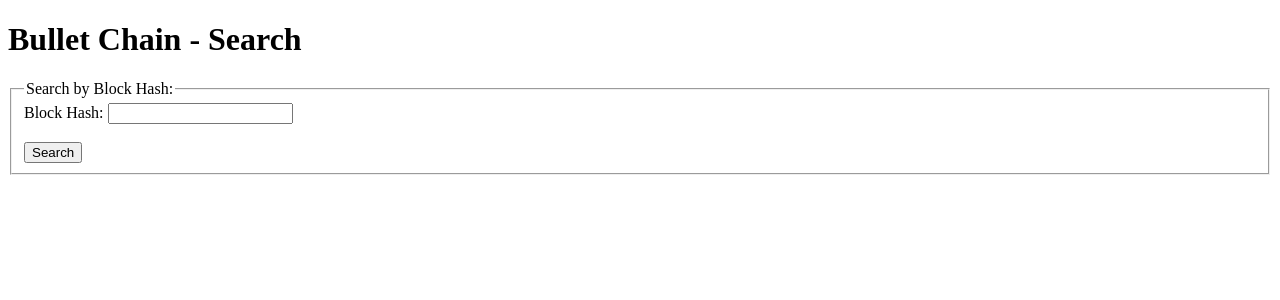
Repository: olaoluwasubxmi/BulletproofApp
Page: http://localhost/search
The author's editor kept a copy of each file at every save. The page is drawn from the files as they stood at one save, then again after the next save.
The browser window is 1280 px wide. The pictures show the whole page.
The page is served by the project's application, run on Flask 3 (bulletchain/app.py).

Above is the page before, as saved 2023-04-29 15:21:12.

### bulletchain/templates/search.html
<!DOCTYPE html>
<html>
  <head>
    <title>Bullet Chain - Search</title>
  </head>
  <body>
    <h1>Bullet Chain - Search</h1>
    <form action="{{ url_for('search') }}" method="POST">
      <fieldset>
        <legend>Search by Block Hash:</legend>
        <label for="block_hash">Block Hash:</label>
        <input type="text" id="block_hash" name="block_hash"><br><br>
        <input type="submit" value="Search">
      </fieldset>
    </form>
  </body>
</html>

### bulletchain/app.py
from flask import Flask, render_template, request
import hashlib
import binascii

app = Flask(__name__)

@app.route('/')
def index():
    return render_template('form.html')

@app.route('/search')
def search():
    return render_template('search.html')

@app.route('/submit', methods=['POST'])
def submit():
    first_name = request.form['first_name']
    middle_initial = request.form['middle_initial']
    last_name = request.form['last_name']
    phone_number = request.form['phone_number']
    address = request.form['address']
    zip_code = request.form['zip_code']
    email = request.form['email']

    info_str = f"{first_name}{middle_initial}{last_name}{phone_number}{address}{zip_code}{email}"
    salt = b'\x00\x01\x02\x03\x04\x05\x06\x07\x08\x09\x0a\x0b\x0c\x0d\x0e\x0f'
    hash_key = hashlib.scrypt(info_str.encode(), salt=salt, n=16384, r=8, p=1, dklen=64)
    hex_hash_key = binascii.hexlify(hash_key).decode()

    with open('hashes.txt', 'a') as f:
        f.write(f"{hex_hash_key},{info_str}\n")

    return f"Your information has been hashed with the following key: {hex_hash_key}"

@app.route('/search_hash', methods=['POST'])
def search_hash():
    hash_key = request.form['hash_key']

    with open('hashes.txt', 'r') as f:
        for line in f.readlines():
            saved_hash_key, saved_info = line.strip().split(',', 1)
            if saved_hash_key == hash_key:
                return f"The information for the provided hash key ({hash_key}) is: {saved_info}"

    return f"No information was found for the provided hash key: {hash_key}"

if __name__ == '__main__':
    app.run(debug=True)

After the next save:
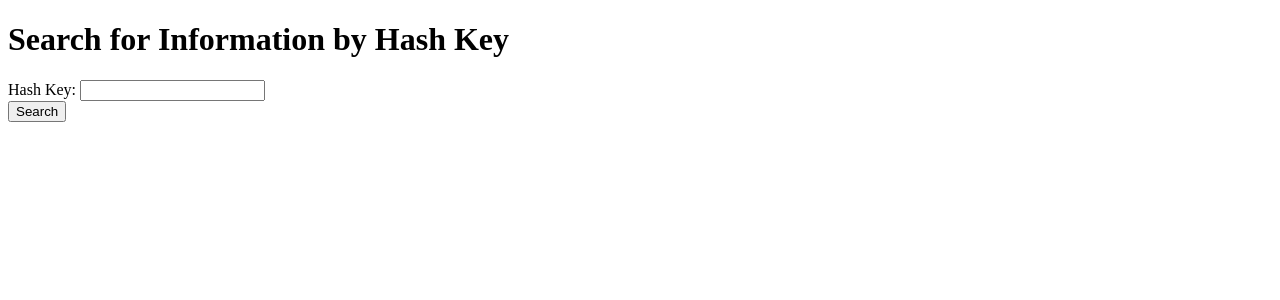
Saved 5 min 26 s later.
--- a/bulletchain/templates/search.html
+++ b/bulletchain/templates/search.html
@@ -1,17 +1,16 @@
 <!DOCTYPE html>
-<html>
-  <head>
-    <title>Bullet Chain - Search</title>
-  </head>
-  <body>
-    <h1>Bullet Chain - Search</h1>
-    <form action="{{ url_for('search') }}" method="POST">
-      <fieldset>
-        <legend>Search by Block Hash:</legend>
-        <label for="block_hash">Block Hash:</label>
-        <input type="text" id="block_hash" name="block_hash"><br><br>
-        <input type="submit" value="Search">
-      </fieldset>
+<html lang="en">
+<head>
+    <meta charset="UTF-8">
+    <meta name="viewport" content="width=device-width, initial-scale=1.0">
+    <title>Search Hash</title>
+</head>
+<body>
+    <h1>Search for Information by Hash Key</h1>
+    <form action="/search_hash" method="POST">
+        <label for="hash_key">Hash Key:</label>
+        <input type="text" name="hash_key" required><br>
+        <button type="submit">Search</button>
     </form>
-  </body>
+</body>
 </html>
